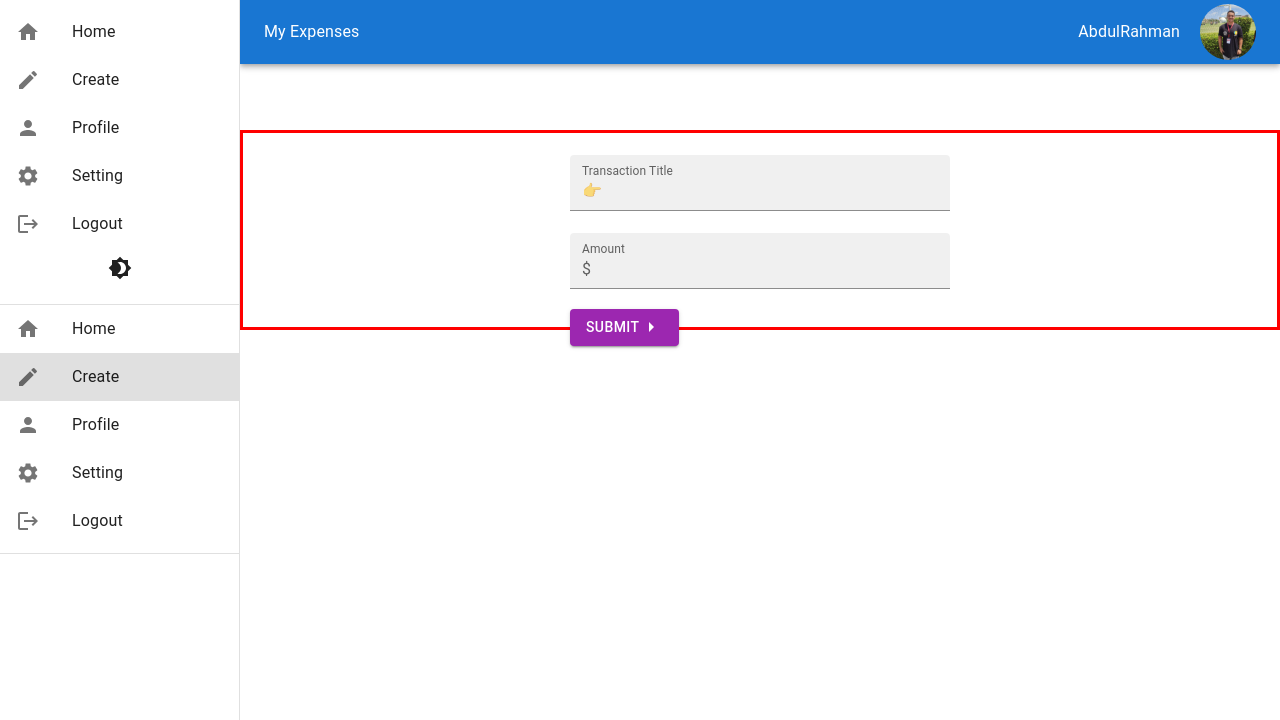
Repository: abdulrahmanmahmood/Expenses-APP
Page: /create
The author's editor kept a copy of each file at every save. The page is drawn from the files as they stood at one save, then again after a run of saves.
The browser window is 1280 px wide. The pictures show the whole page.
The project was rebuilt for these pictures with package versions that can differ from the ones it lists, and the page was loaded fresh each time. Also part of the build but not shown: src/App.css, src/App.js. Imported but missing from the stored project, and not drawn on this page: src/pages/home/Home.

Above is the page before, as saved 2023-10-03 21:29:58.

After the next 3 saves:
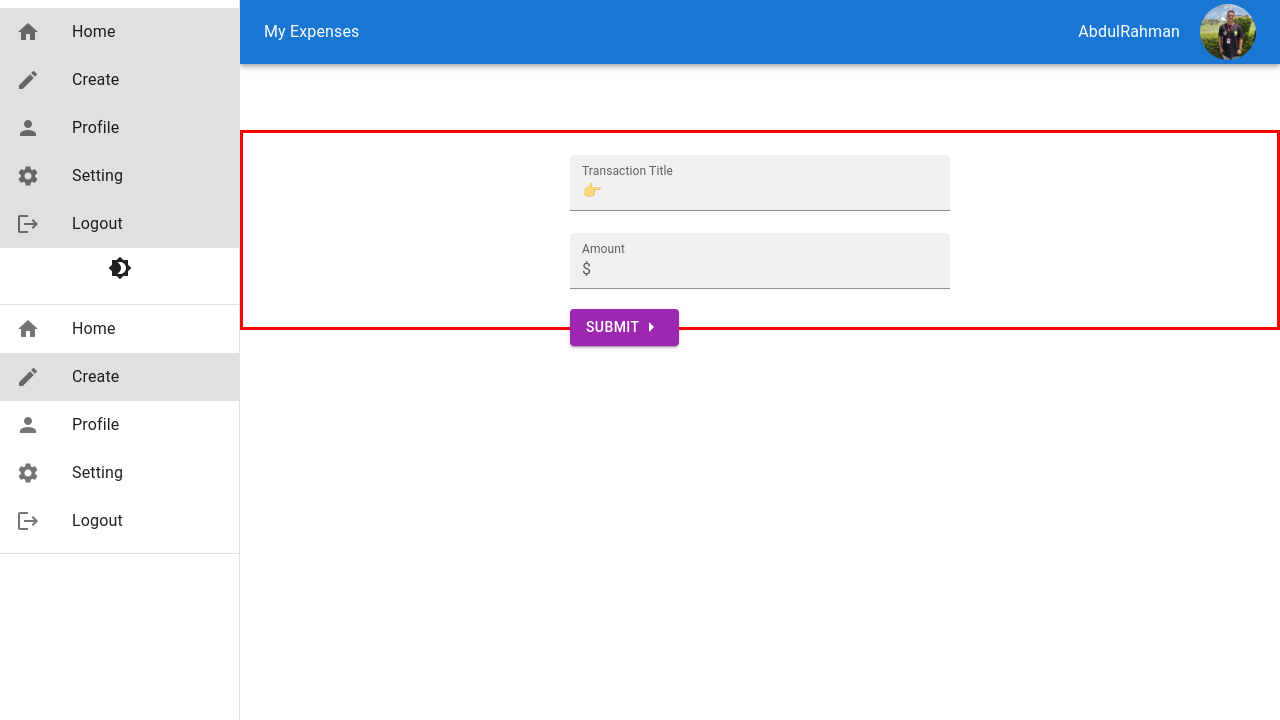
The 3 saves are shown as one change because they came seconds apart.
The last was saved 44 s later.
--- a/src/MUI-components/Drawer.jsx
+++ b/src/MUI-components/Drawer.jsx
@@ -72,7 +72,15 @@ const Drawerr = ({
     >
       <List>
         {myList.map((item)=>(
-                  <ListItem disablePadding>
+                  <ListItem disablePadding
+                  disablePadding
+                  sx={{
+                    bgcolor:
+                      location.pathname === "/create"
+                        ? theme.palette.favColor.main
+                        : null,
+                  }}
+                  >
                   <ListItemButton>
                     <ListItemIcon>
                     {item.icon}
